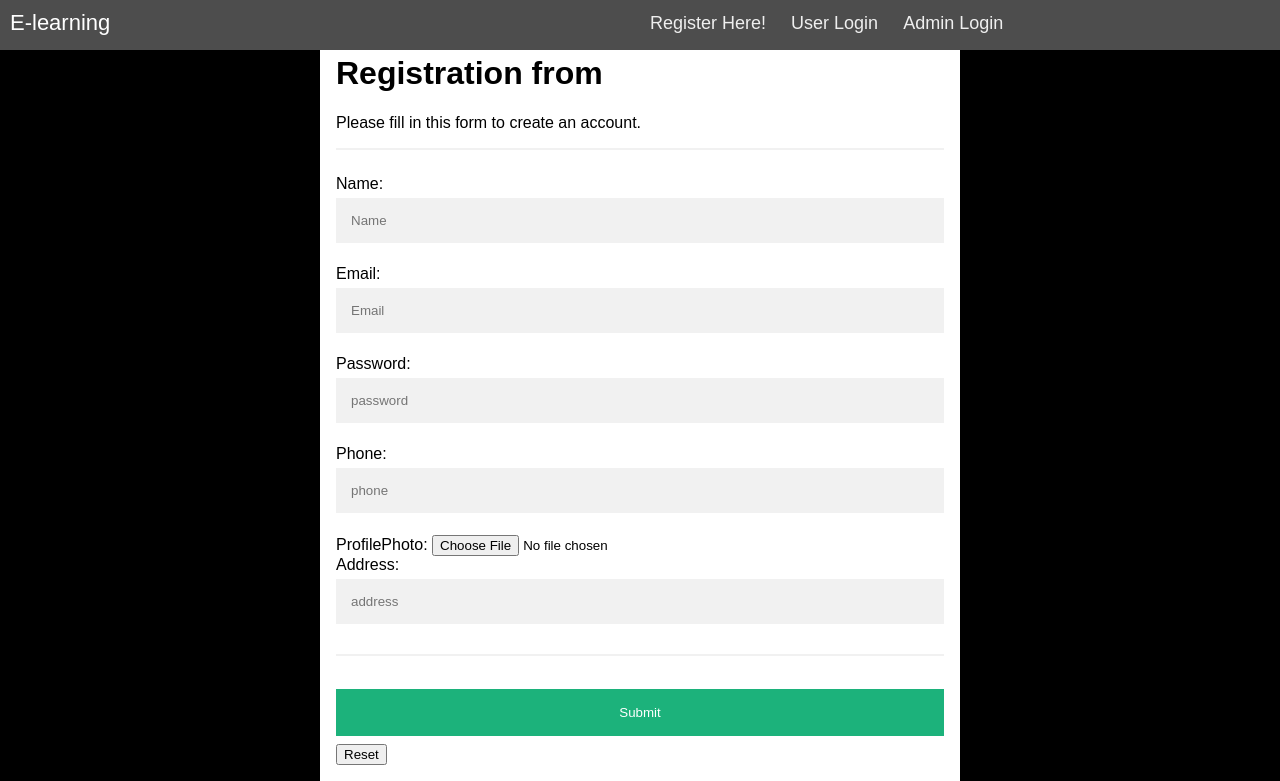
Repository: hemanthchallacs/learning_spring_boot
Page: http://localhost/RegistrationForm
The author's editor kept a copy of each file at every save. The page is drawn from the files as they stood at one save, then again after the next save.
The browser window is 1280 px wide. The pictures show the whole page.
The page is this project's Thymeleaf template; nobody is signed in. The template is opened directly, without the code that normally fills it, so the values that code supplies are empty.

Above is the page before, as saved 2021-07-12 18:34:01.

After the next save:
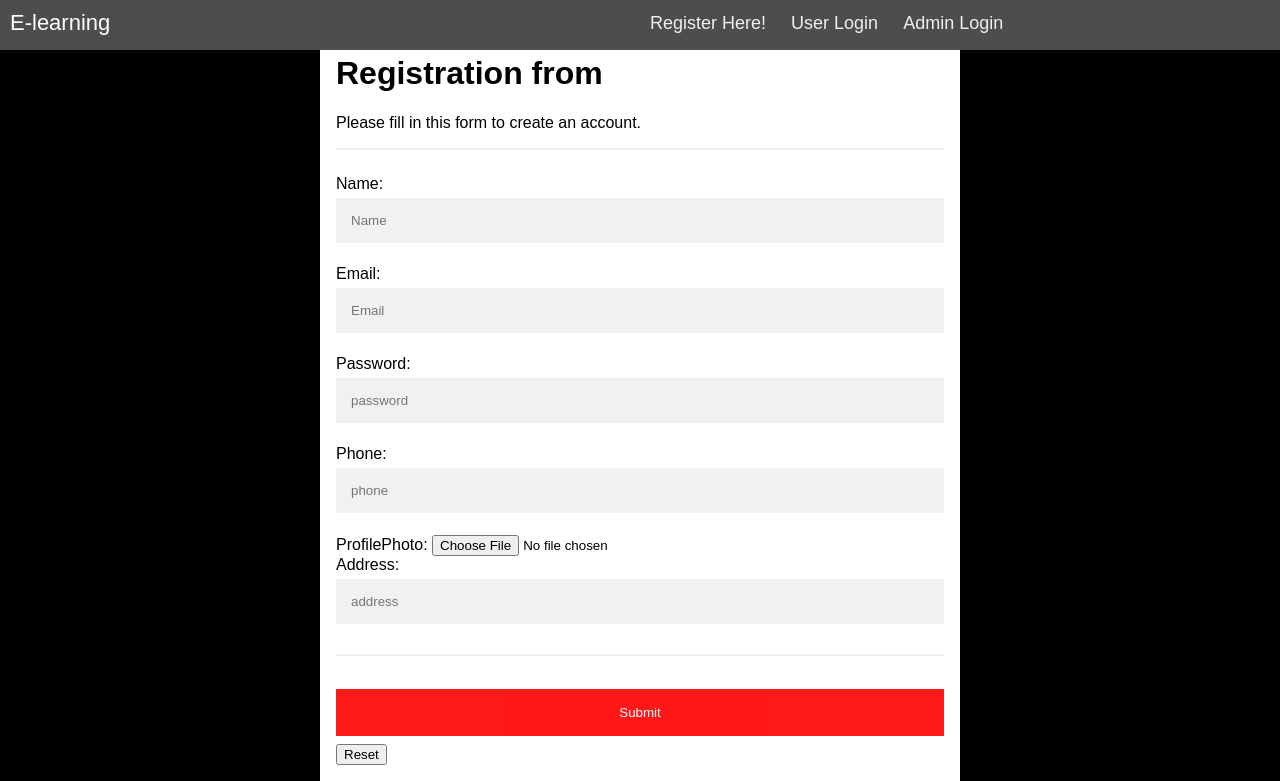
Saved 102 s later.
--- a/ver1_elearning/src/main/resources/templates/RegistrationForm.html
+++ b/ver1_elearning/src/main/resources/templates/RegistrationForm.html
@@ -164,6 +164,22 @@ hr {
   width: 100%;
   opacity: 0.9;
 }
+
+.registerbtn {
+  background-color: red;
+  color: white;
+  padding: 16px 20px;
+  margin: 8px 0;
+  border: none;
+  cursor: pointer;
+  width: 100%;
+  opacity: 0.9;
+}
+
+.resetbtn:hover {
+  opacity: 1;
+}
+
 
 .registerbtn:hover {
   opacity: 1;
